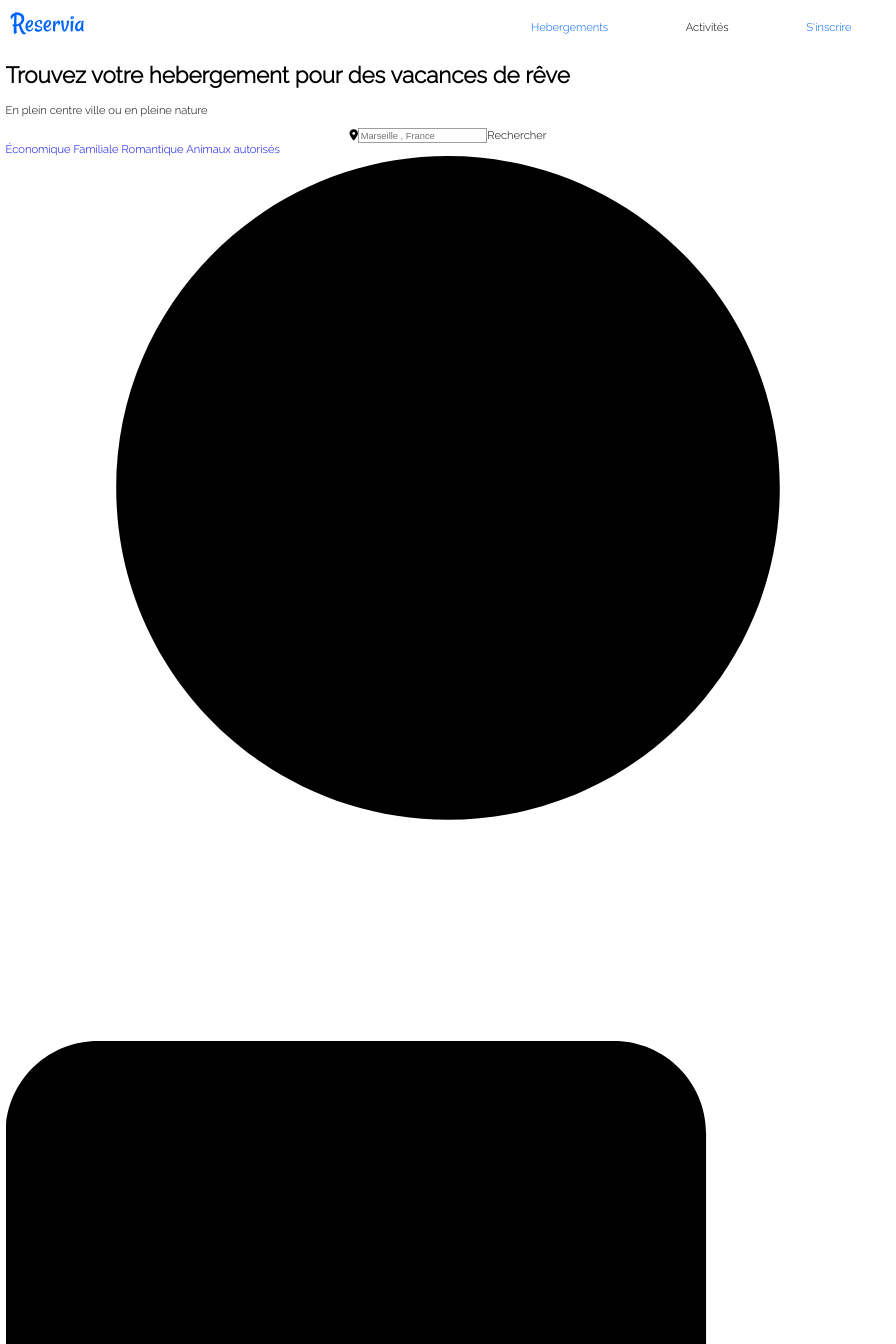
Repository: jaydeeonghub/DYLANBARBARISI_2_16062021
Page: index.html
An editor plug-in stored every save of this project. The page is shown before and after the next save, followed by the edit.
The browser window is 1280 px wide. The pictures show the part of the page from y = 0 to 1920 px (the page is 61108 px tall before and 61137 px after), at 70% of full size.
Some web libraries are served in a nearby version.

Above is the page before, as saved 2021-07-06 16:55:00.

After the next save:
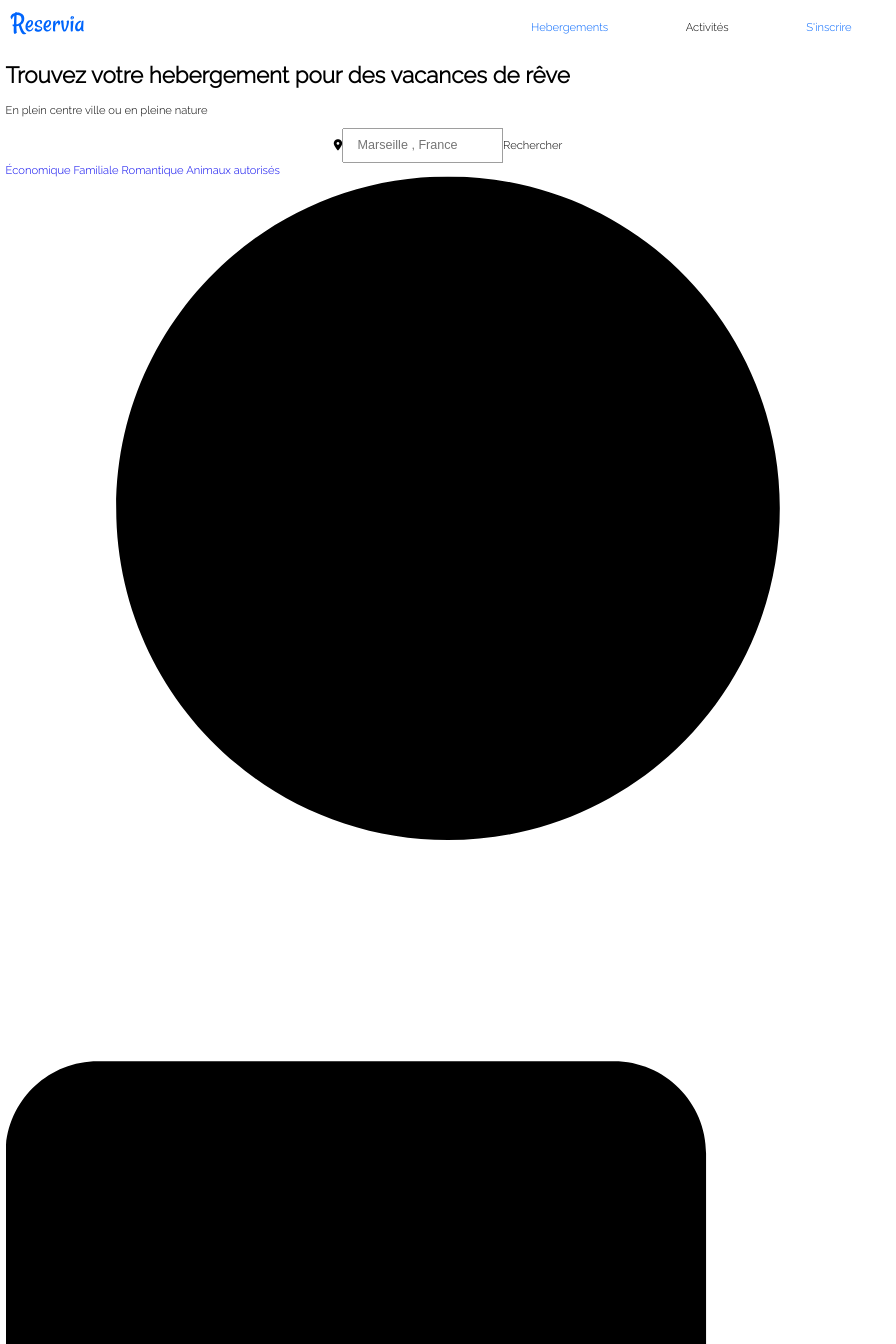
Saved 58 s later.
--- a/index.html
+++ b/index.html
@@ -33,7 +33,7 @@
 
       <div class="flexCentre">
         <div><i class="fas fa-map-marker-alt"></i></div>
-        <div><input type="search" placeholder="Marseille , France" /></div>
+        <div><input class="recherche flexCentre bordureNone paddingSearch" type="search" placeholder="Marseille , France" /></div>
         <div>Rechercher</div>
           </div>
 
